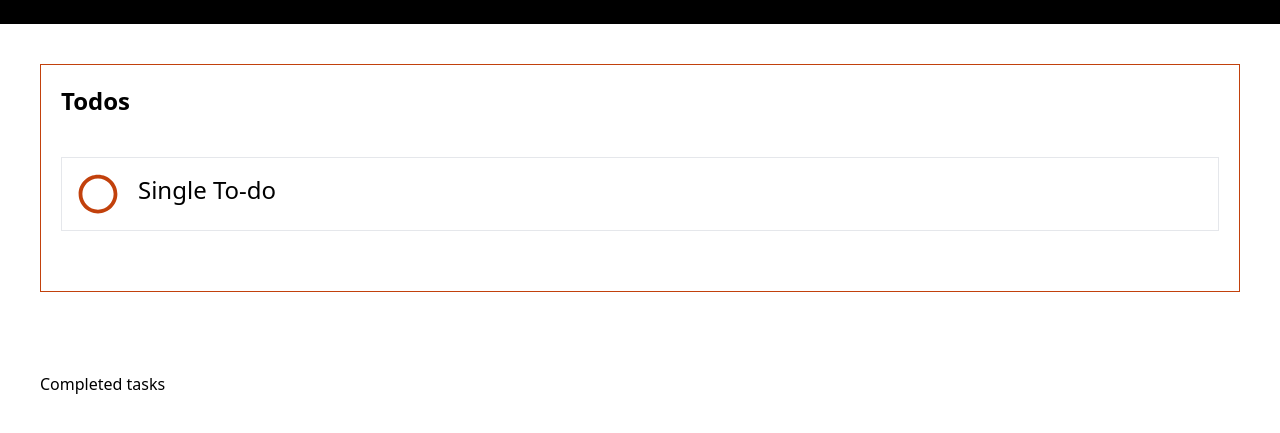
Repository: thekingisherenow/personalTodo
Page: /
An editor plug-in stored every save of this project. The page is shown before and after the next save, followed by the edit.
The browser window is 1280 px wide. The pictures show the whole page.
The project was rebuilt for these pictures with package versions that can differ from the ones it lists, and the page was loaded fresh each time. The framework's server and built-in components were replaced by stand-ins that run in the browser. Also part of the build but not shown: next.config.js, styles/Home.module.css.

Above is the page before, as saved 2022-12-15 17:11:57.

### pages/index.js
import Head from 'next/head'
import Image from 'next/image'
import Completed from '../components/Completed'
import Todos from '../components/Todos'
import styles from '../styles/Home.module.css'

export default function Home() {
  return (
    <div>
      <Head>
        <title>Create Next App</title>
        <meta name="description" content="To-do App" />
        <link rel="icon" href="/favicon.ico" />
      </Head>

     <div className='bg-white'>
      <h1 className='bg-black'>Completed --Tasks</h1>
      <Todos/>
      <Completed />
     </div>
    </div>
  )
}

### components/Completed.js
import React from 'react'

function Completed() {
  return (
    <div className='p-10'>
      Completed tasks
    </div>
  )
}

export default Completed

### components/Todos.js
import React from 'react'
import Todo from './Todo'

function Todos() {
  return (
    <div className='p-5 m-10 border border-orange-700'>
      <h1 className='font-bold text-2xl'>Todos</h1>

        <Todo />

    </div>
  )
}

export default Todos

### components/Todo.js
import React, { useState } from 'react'
import { CheckCircleIcon } from '@heroicons/react/24/outline'
import { FaRegCircle ,FaRegCheckCircle } from 'react-icons/fa';

function Todo() {
    const [check, setCheck] = useState(false)

  return (
    <div className='border  p-3 my-10 flex'>
        <div
         className=' w-12 h-12 flex justify-center items-center' onMouseEnter={()=>setCheck(true)}  onMouseLeave={()=>setCheck(false)} >

        { check?

<FaRegCheckCircle
className=' text-orange-700 w-10 h-10 ' /> :
<FaRegCircle className='w-10 text-orange-700 h-10' />
}
</div>

      <span className='text-center h-10 text-2xl flex items-center justify-center p-4 '>Single To-do</span>
    </div>
  )
}

export default Todo

Loaded but not shown: pages/_app.js (common file); styles/globals.css (common file); tailwind.config.js (common file)

After the next save:
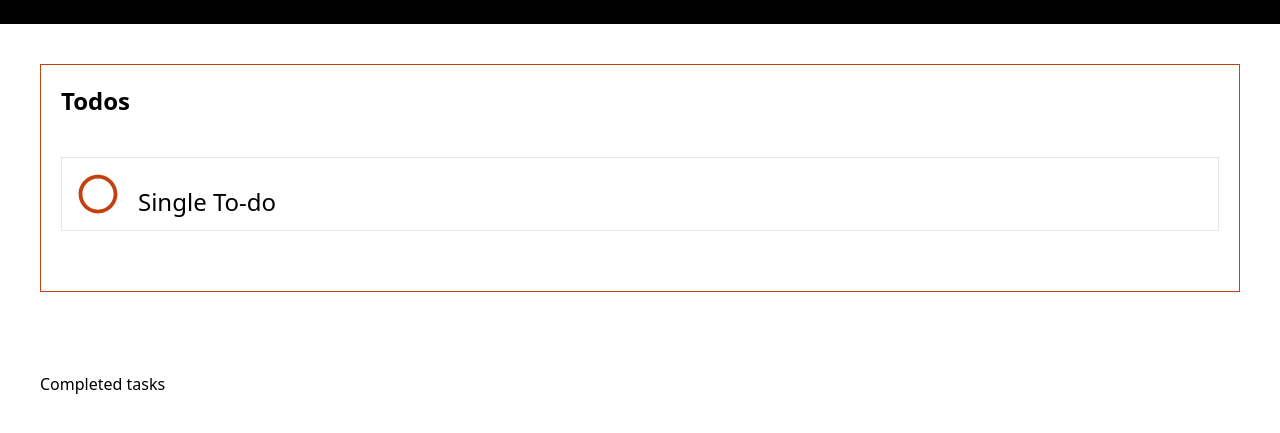
Saved 7 s later.
--- a/components/Todo.js
+++ b/components/Todo.js
@@ -18,7 +18,7 @@ className=' text-orange-700 w-10 h-10 ' /> :
 }
 </div>
 
-      <span className='text-center h-10 text-2xl flex items-center justify-center p-4 '>Single To-do</span>
+      <span className='text-center h-10 text-2xl p-4 '>Single To-do</span>
     </div>
   )
 }
